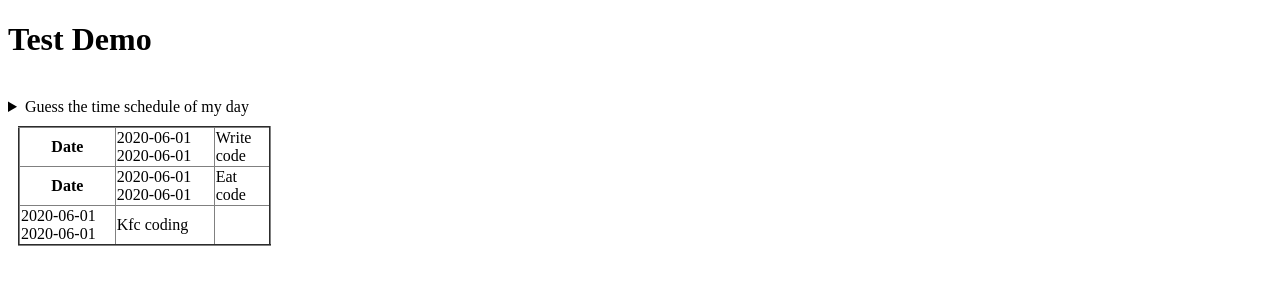
Repository: cavidk/taco_shop-web
Page: html basics/index.html
An editor plug-in stored every save of this project. The page is shown before and after the next save, followed by the edit.
The browser window is 1280 px wide. The pictures show the whole page.

Above is the page before, as saved 2024-06-07 12:46:45.

### html basics/index.html
<!DOCTYPE html>
<html lang="en">
<head>
   <meta charset="UTF-8">
   <meta name="viewport" content="width=device-width, initial-scale=1.0">
   <link rel="stylesheet" href="style.css" type="text/css"></link>
   <title>Document</title>
</head>
<body>
   <h1>Test Demo</h1>
<br>
   <aside>
   <details>
      <summary>Guess the time schedule of my day</summary>
      <p>Details</p>

   </aside>


   <table border="2">
   <tr id="border1">
      <th>Date</th>
      <td>
         <time datetime="2020-06-01">2020-06-01</time>
         <time datetime="11:00">2020-06-01</datetime>
      </td>
      <td>Write code</td>
      </tr>

      <tr>
         <th>Date</th>
         <td>
            <time datetime="2020-06-01">2020-06-01</time>
            <time datetime="11:00">2020-06-01</datetime>
         </td>
         <td>Eat code</td>
         </tr>

         <tr>
            <td>
               <time datetime="2020-06-01">2020-06-01</time>
               <time datetime="11:00">2020-06-01</datetime>
            </td>
            <td>Kfc coding</td>
            </tr>
   </table>

</body>
</html>

### html basics/style.css
table{
      width: 20%;
      border-collapse: collapse;
      margin: 10px;
      padding: 10px;;
      border-radius: 50px;
}

After the next save:
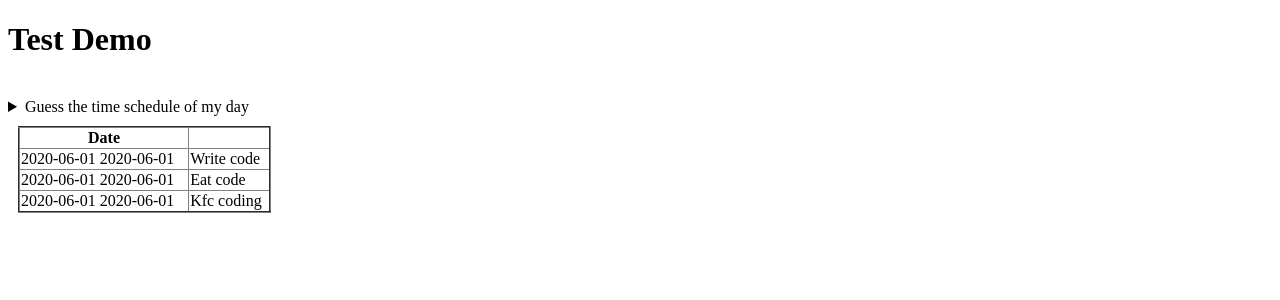
Saved 17 s later.
--- a/html basics/index.html
+++ b/html basics/index.html
@@ -18,8 +18,9 @@
 
 
    <table border="2">
+      <th>Date</th>
    <tr id="border1">
-      <th>Date</th>
+
       <td>
          <time datetime="2020-06-01">2020-06-01</time>
          <time datetime="11:00">2020-06-01</datetime>
@@ -28,7 +29,7 @@
       </tr>
 
       <tr>
-         <th>Date</th>
+
          <td>
             <time datetime="2020-06-01">2020-06-01</time>
             <time datetime="11:00">2020-06-01</datetime>
